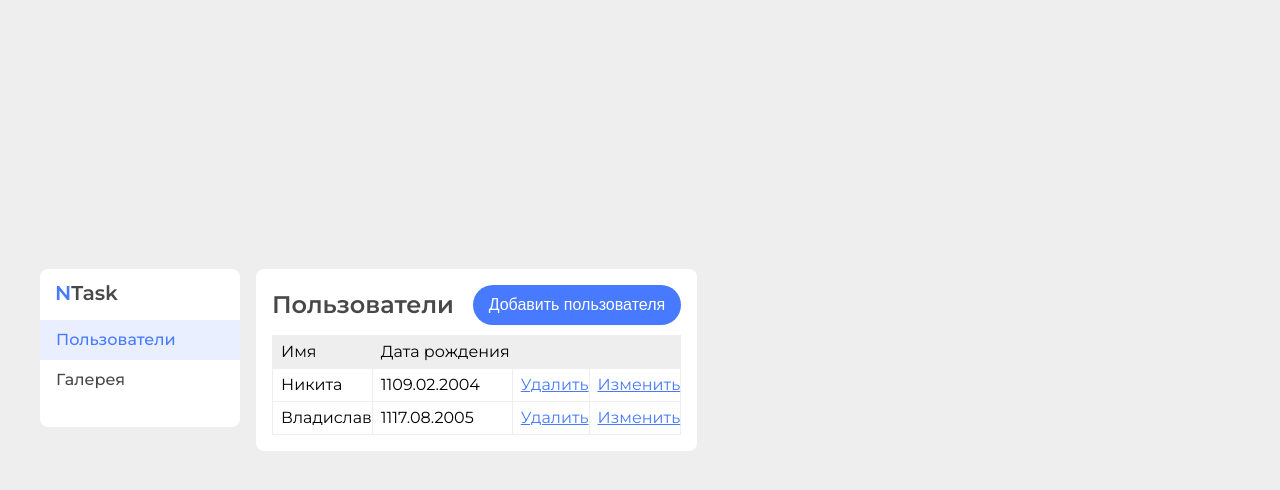
Repository: Grid-Master/NTask
Page: /gallery
An editor plug-in stored every save of this project. The page is shown before and after the next save, followed by the edit.
The browser window is 1280 px wide. The pictures show the whole page.
The project was rebuilt for these pictures with package versions that can differ from the ones it lists, and the page was loaded fresh each time. Also part of the build but not shown: src/components/gallery/gallery.sass, src/components/gallery/Gallery.tsx, src/components/updateUser/updateUser.sass, src/components/updateUser/UpdateUser.tsx.

Above is the page before, as saved 2023-06-09 19:45:36.

After the next save:
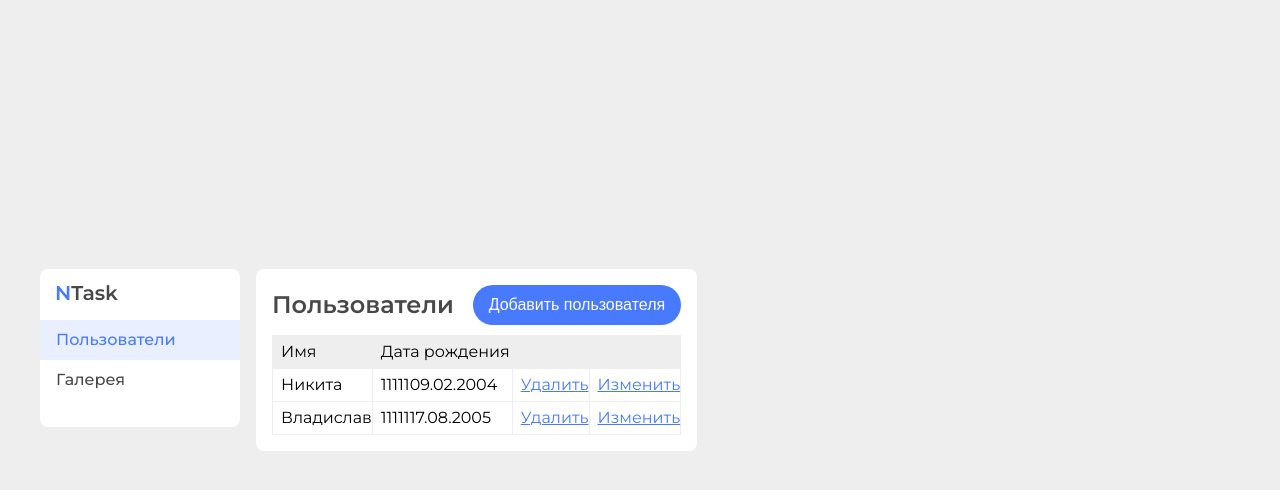
Saved 5 s later.
--- a/src/components/userList/UserList.tsx
+++ b/src/components/userList/UserList.tsx
@@ -36,7 +36,7 @@ const UserList: FC = () => {
         {users.map((user) => (
           <tr key={user.id}>
             <td>{user.name}</td>
-            <td> 11{user.date}</td>
+            <td> 11111{user.date}</td>
             <td className="userList__table-btn" onClick={() => deleteHandler(user.id)}>
               Удалить
             </td>
